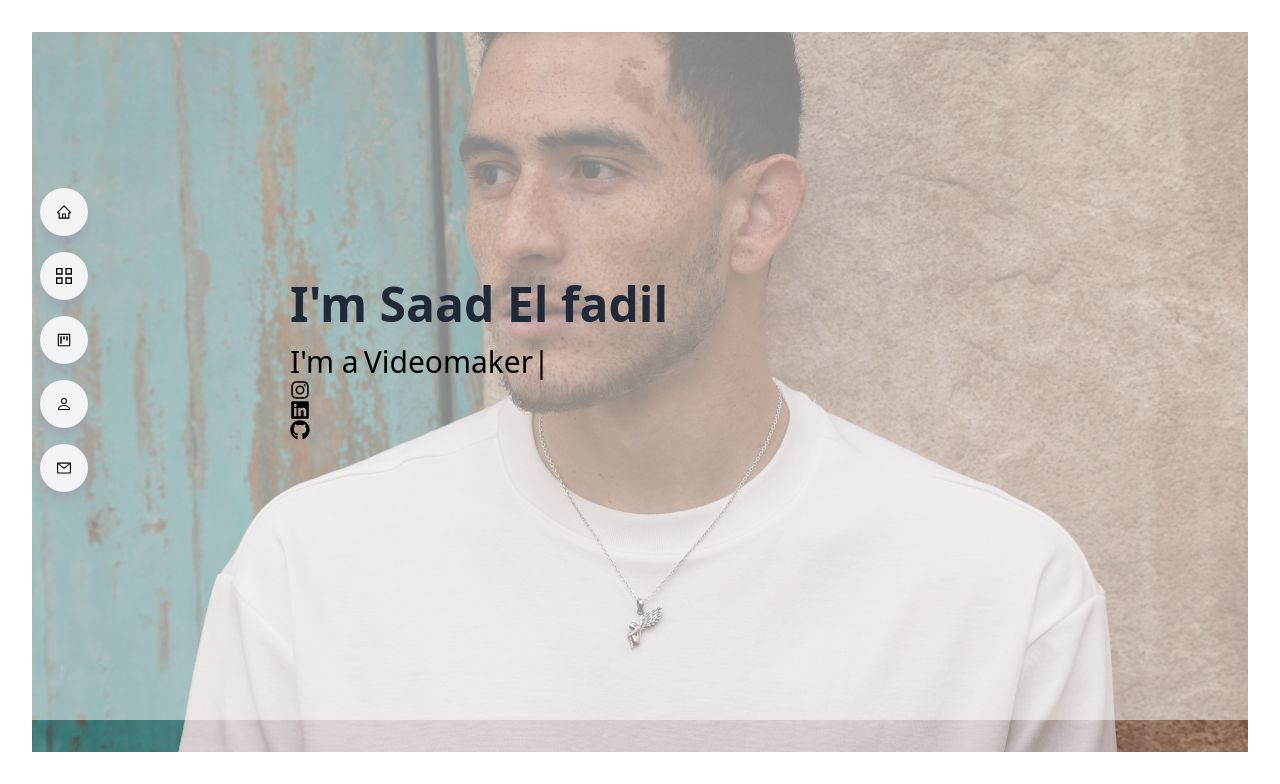
Repository: Saadelfadil/saadelfadil.github.io
Page: /
These files come from the project's save history. The page is drawn as it stood at one moment and after the next save; the edit follows.
The browser window is 1280 px wide. The pictures show the whole page.
The project was rebuilt for these pictures with package versions that can differ from the ones it lists, and the page was loaded fresh each time. Also part of the build but not shown: vite.config.js.

Above is the page before, as saved 2023-02-26 17:04:15.

After the next save:
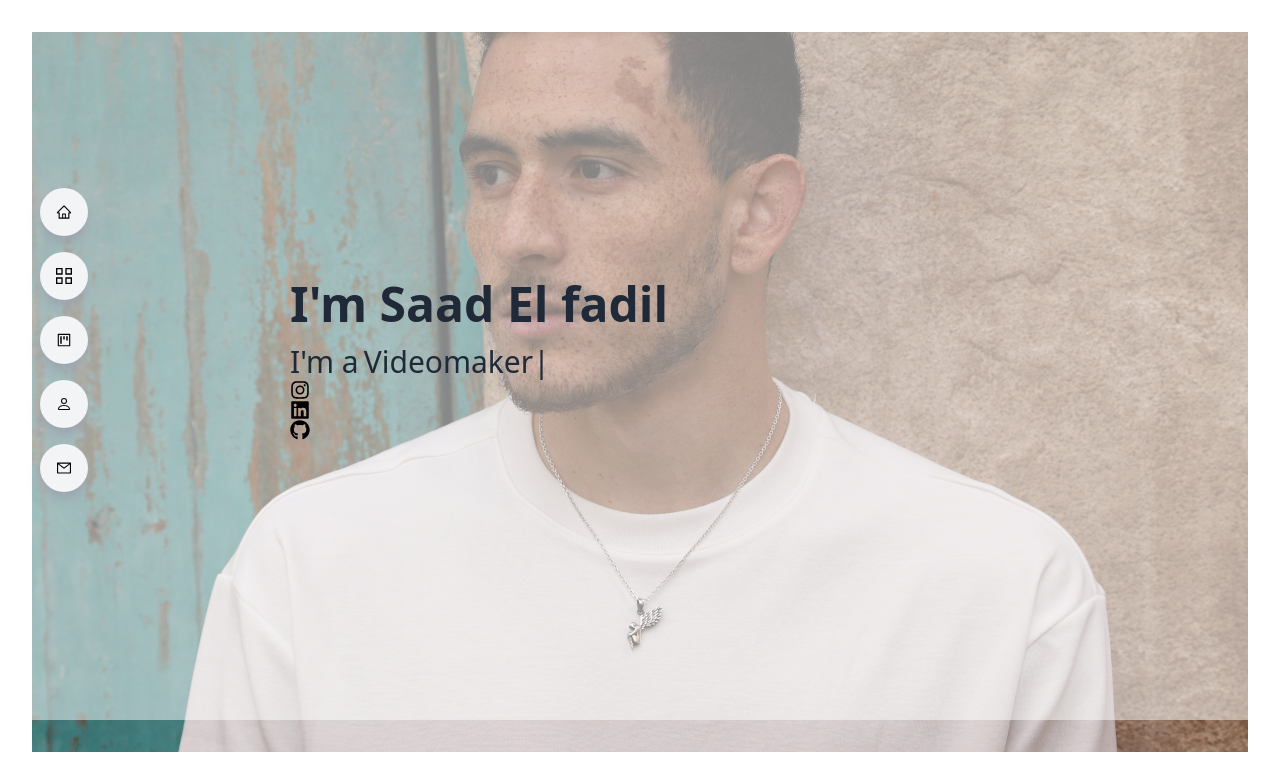
Saved 9 s later.
--- a/src/components/Main.jsx
+++ b/src/components/Main.jsx
@@ -9,7 +9,7 @@ const Main = () => {
         <div className="w-full h-screen absolute top-0 left-0 bg-white/50 ">
             <div className="max-w-[700px] m-auto h-full w-full flex flex-col justify-center lg:items-start items-center ">
                 <h1 className="sm:text-5xl text-4xl font-bold text-gray-800">I'm Saad El fadil</h1>
-                <h2 className="flex sm:text-3xl text-2xl pt-4 text-">I'm a
+                <h2 className="flex sm:text-3xl text-2xl pt-4 text-gray-800">I'm a
                     <TypeAnimation
                         sequence={[
                             'Software Engineer', // Types 'One'
